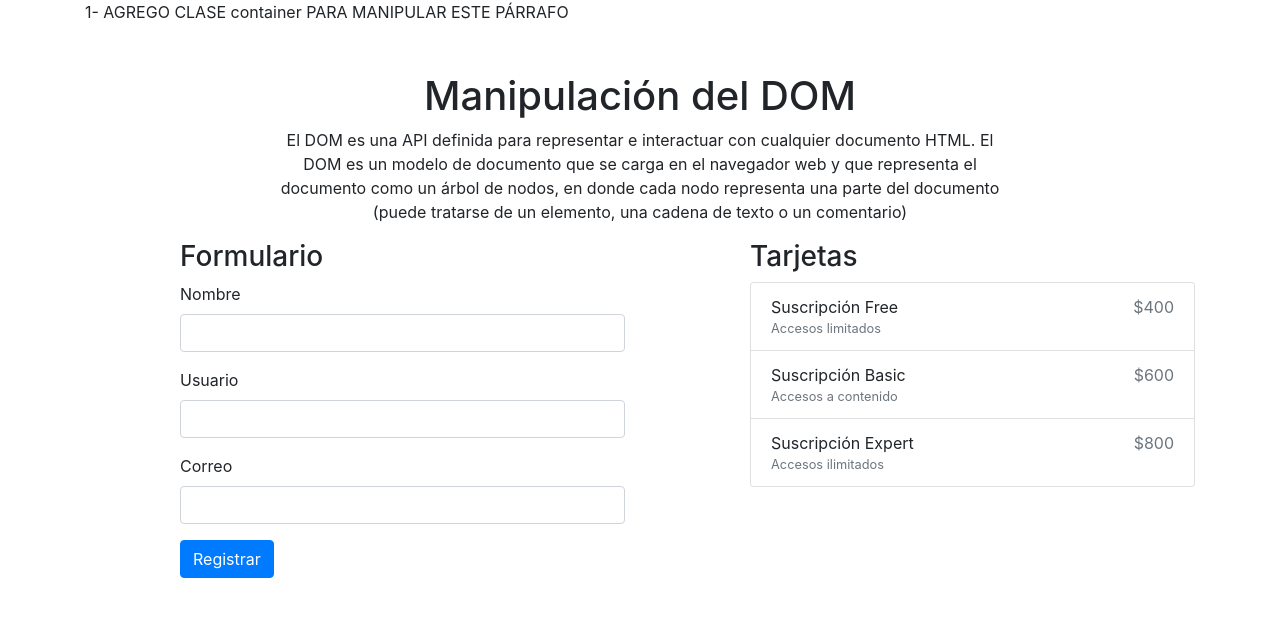
Repository: pedro-donoso/manipulacion-dom
Page: index.html
These files come from the project's save history. The page is drawn as it stood at one moment and after the next save; the edit follows.
The browser window is 1280 px wide. The pictures show the whole page.

Above is the page before, as saved 2024-02-05 21:40:08.

After the next save:
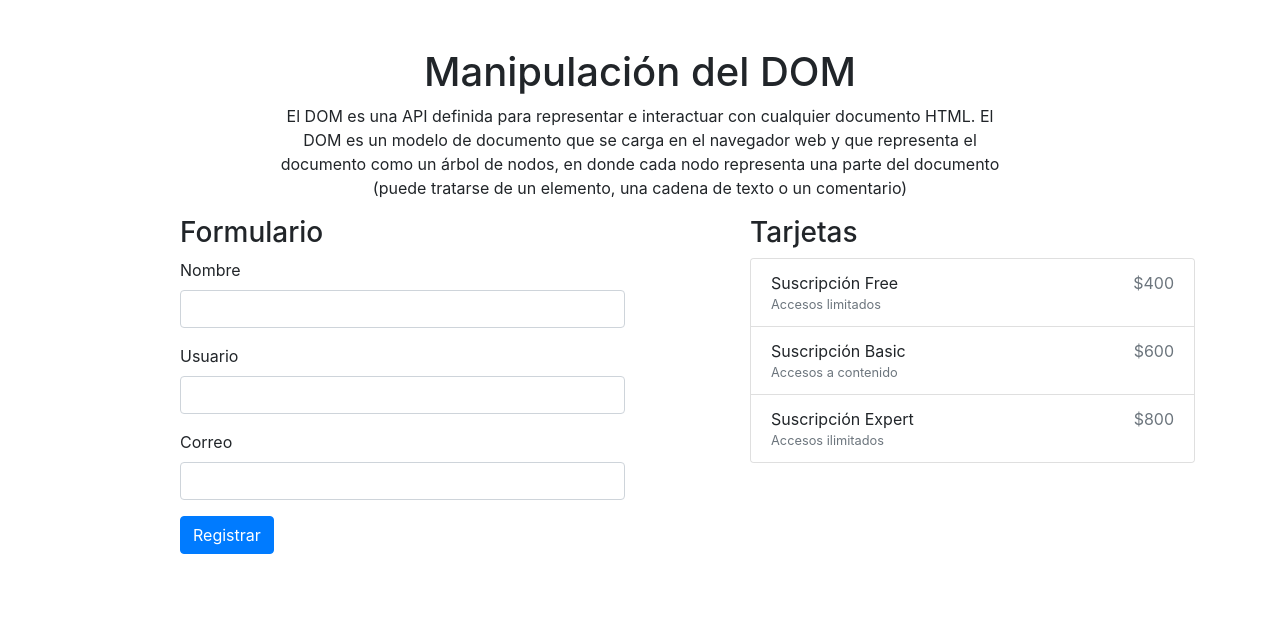
Saved 7 s later.
--- a/index.html
+++ b/index.html
@@ -16,7 +16,7 @@
 <body>
 
     <main class="container">
-        1- AGREGO CLASE container PARA MANIPULAR ESTE PÁRRAFO
+        <!-- 1- AGREGO CLASE container PARA MANIPULAR ESTE PÁRRAFO -->
         <div class="row mt-5 text-center">
             <div class="col-12 col-md-8 offset-md-2">
                 <h1>Manipulación del DOM</h1>
